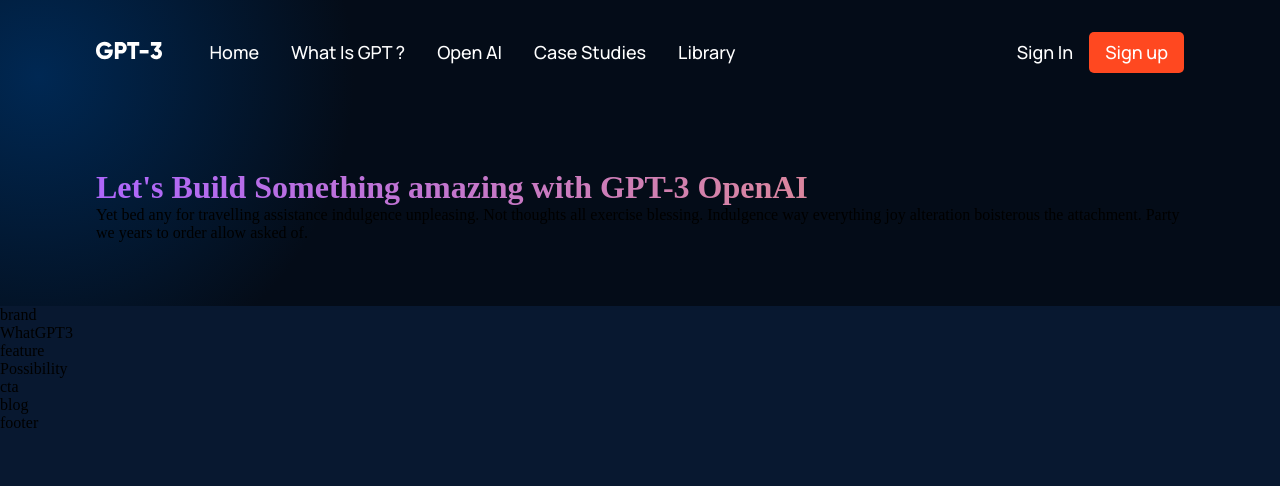
Repository: smitranjansingh29/gpt3-react
Page: /
These files come from the project's save history. The page is drawn as it stood at one moment and after the next save; the edit follows.
The browser window is 1280 px wide. The pictures show the whole page.
The project was rebuilt for these pictures with package versions that can differ from the ones it lists, and the page was loaded fresh each time. Also part of the build but not shown: src/components/brand/brand.css, src/components/cta/cta.css, src/components/feature/feature.css, src/components/feature/Feature.jsx, src/containers/features/feature.css, src/containers/footer/footer.css, src/containers/header/header.css, src/containers/possibility/possibility.css and 1 more.

Above is the page before, as saved 2023-10-02 19:48:59.

After the next save:
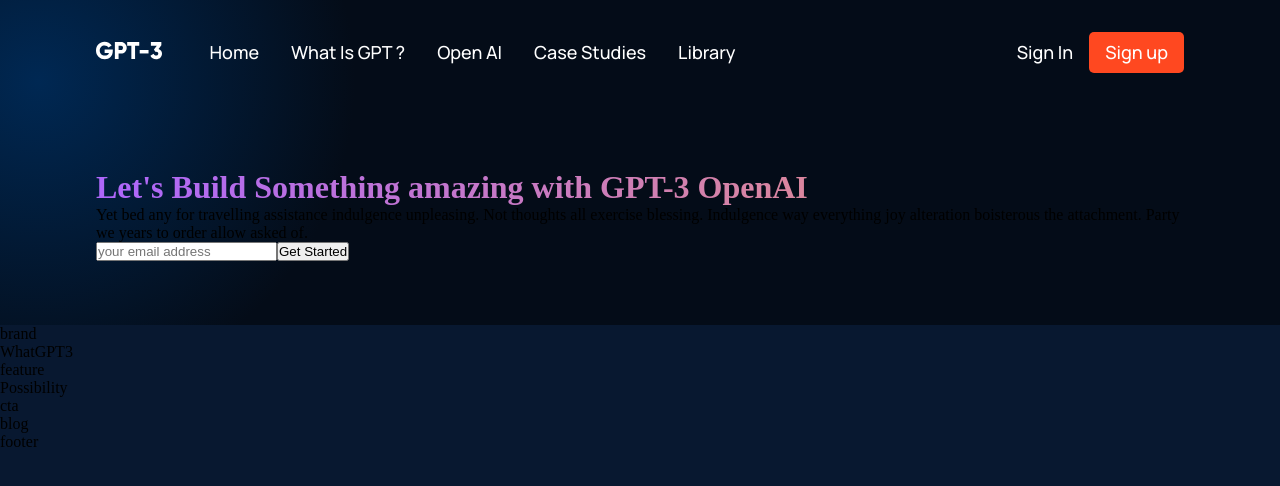
Saved 78 s later.
--- a/src/containers/header/Header.jsx
+++ b/src/containers/header/Header.jsx
@@ -8,7 +8,10 @@
       <h1 className="gradient__text">Let&apos;s Build Something amazing with GPT-3 OpenAI</h1>
       <p>Yet bed any for travelling assistance indulgence unpleasing. Not thoughts all exercise blessing. Indulgence way everything joy alteration boisterous the attachment. Party we years to order allow asked of.</p>
 
-
+      <div className="gpt3__header-content__input">
+        <input type="email" placeholder='your email address' />
+        <button type="button" > Get Started </button>
+      </div>
 
       </div>
     </div>
